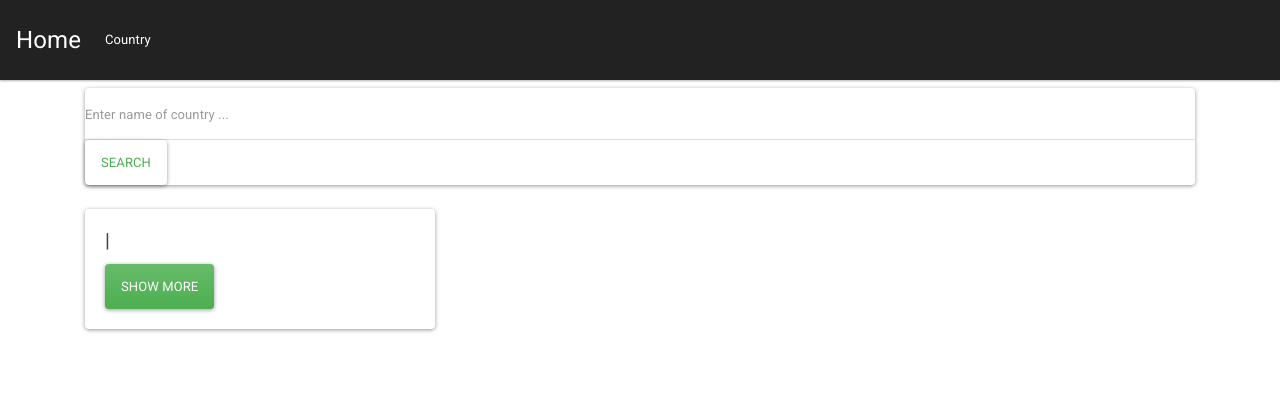
Repository: abdelhak-f/Countries_React
Page: / (app in client/)
These files come from the project's save history. The page is drawn as it stood at one moment and after the next save; the edit follows.
The browser window is 1280 px wide. The pictures show the whole page.
The page's requests for data from a server got no answer. The project was rebuilt for these pictures with package versions that can differ from the ones it lists, and the page was loaded fresh each time. No one was signed in, and anything a server would have sent is missing. Also part of the build but not shown: client/src/components/countrys/ProfilCountry.jsx.

Above is the page before, as saved 2021-05-11 12:36:41.

After the next save:
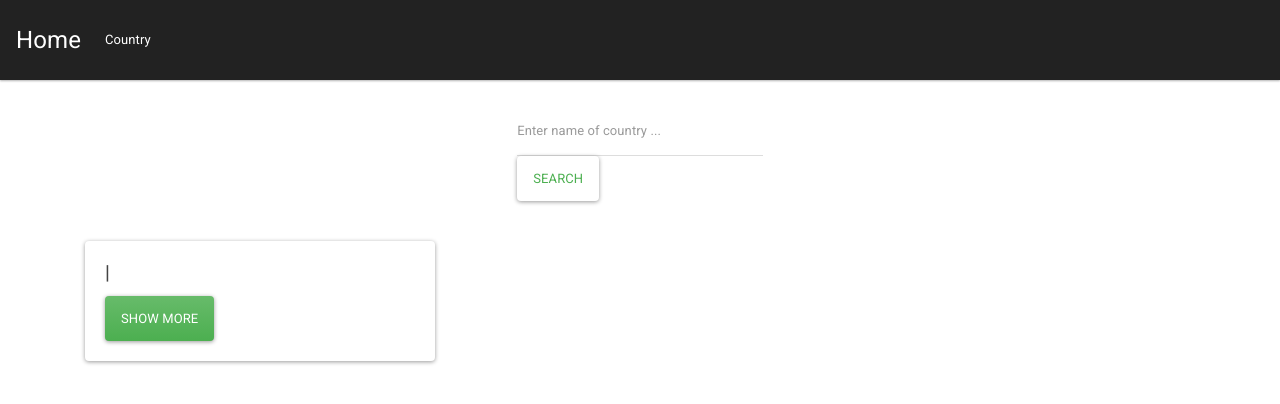
Saved 14 s later.
--- a/client/src/components/countrys/SearchCountry.jsx
+++ b/client/src/components/countrys/SearchCountry.jsx
@@ -65,7 +65,7 @@ const Codes = ({ alpha3Code, alpha2Code, flag, name}) => {
 
     return (
         <div>
-            <div className="card">
+            <div className="container-fluid w-25 p-3">
                 <form className="">
                     <input onChange={e => setInput(e.target.value)} className="form-control" type="search" placeholder="Enter name of country ..." aria-label="Search" />
                     <button className="btn btn-outline-success" type="submit">Search</button>
